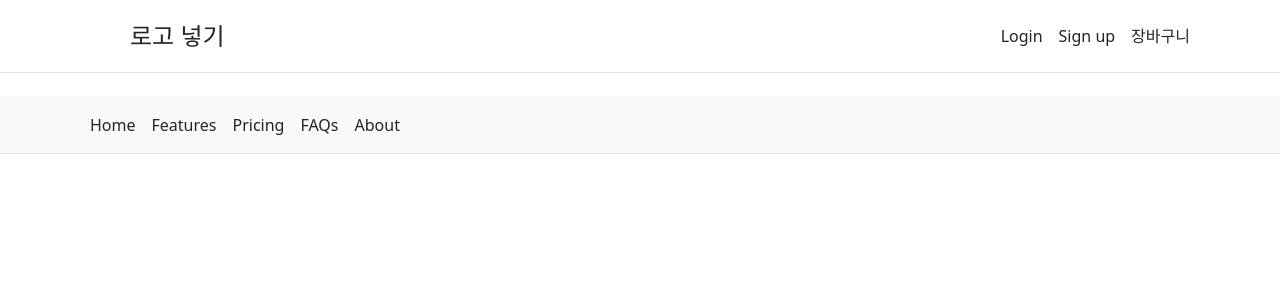
Repository: raoniee/Elice-House-Project
Page: FE/src/components/header/header.html
The author's editor kept a copy of each file at every save. The page is drawn from the files as they stood at one save, then again after a run of saves.
The browser window is 1280 px wide. The pictures show the whole page.

Above is the page before, as saved 2023-07-04 16:11:48.

### FE/src/components/header/header.html
<!DOCTYPE html>
<html lang="ko">
  <head>
    <meta charset="UTF-8" />
    <meta http-equiv="X-UA-Compatible" content="IE=edge" />
    <meta name="viewport" content="width=device-width, initial-scale=1.0" />
    <title>Elice-House</title>
    <link
      href="https://cdn.jsdelivr.net/npm/bootstrap@5.2.3/dist/css/bootstrap.min.css"
      rel="stylesheet"
      integrity="sha384-rbsA2VBKQhggwzxH7pPCaAqO46MgnOM80zW1RWuH61DGLwZJEdK2Kadq2F9CUG65"
      crossorigin="anonymous"
    />
  </head>

  <body>
    <header class="py-3 mb-4 border-bottom">
      <div class="container d-flex flex-wrap justify-content-center">
        <a
          href="/"
          class="d-flex align-items-center mb-3 mb-lg-0 me-lg-auto text-dark text-decoration-none"
        >
          <svg class="bi me-2" width="40" height="32">
            <use xlink:href="#bootstrap" />
          </svg>
          <span class="fs-4">로고 넣기</span>
        </a>
        <ul class="nav">
          <li class="nav-item">
            <a href="#" class="nav-link link-dark px-2">Login</a>
          </li>
          <li class="nav-item">
            <a href="#" class="nav-link link-dark px-2">Sign up</a>
          </li>
          <li class="nav-item">
            <a href="#" class="nav-link link-dark px-2">장바구니</a>
          </li>
        </ul>
      </div>
    </header>
    <nav class="py-2 bg-light border-bottom">
      <div class="container d-flex flex-wrap justify-content-center">
        <ul class="nav me-auto">
          <li class="nav-item">
            <a
              href="#"
              class="nav-link link-dark px-2 active"
              aria-current="page"
              >Home</a
            >
          </li>
          <li class="nav-item">
            <a href="#" class="nav-link link-dark px-2">Features</a>
          </li>
          <li class="nav-item">
            <a href="#" class="nav-link link-dark px-2">Pricing</a>
          </li>
          <li class="nav-item">
            <a href="#" class="nav-link link-dark px-2">FAQs</a>
          </li>
          <li class="nav-item">
            <a href="#" class="nav-link link-dark px-2">About</a>
          </li>
        </ul>
      </div>
    </nav>
    <script
      src="https://cdn.jsdelivr.net/npm/bootstrap@5.2.3/dist/js/bootstrap.bundle.min.js"
      integrity="sha384-kenU1KFdBIe4zVF0s0G1M5b4hcpxyD9F7jL+jjXkk+Q2h455rYXK/7HAuoJl+0I4"
      crossorigin="anonymous"
    ></script>
  </body>
</html>

After the next 2 saves:
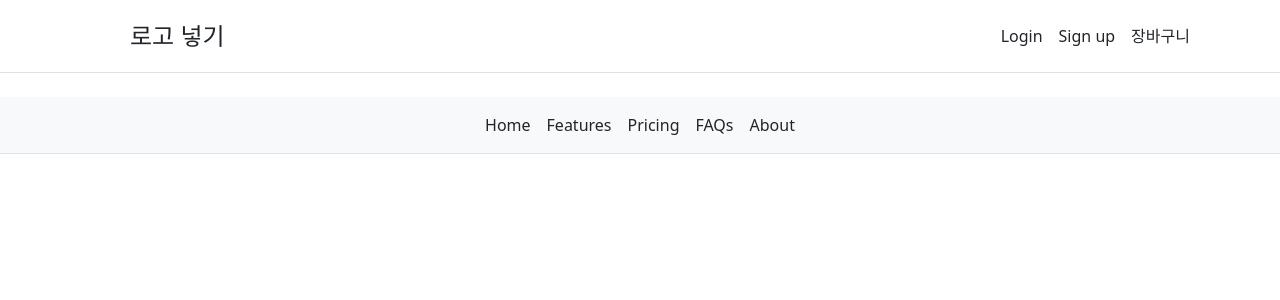
The 2 saves are shown as one change because they came seconds apart.
The last was saved 10 s later.
--- a/FE/src/components/header/header.html
+++ b/FE/src/components/header/header.html
@@ -39,8 +39,8 @@
       </div>
     </header>
     <nav class="py-2 bg-light border-bottom">
-      <div class="container d-flex flex-wrap justify-content-center">
-        <ul class="nav me-auto">
+      <div class="container">
+        <ul class="nav me-auto d-flex flex-wrap justify-content-center">
           <li class="nav-item">
             <a
               href="#"
